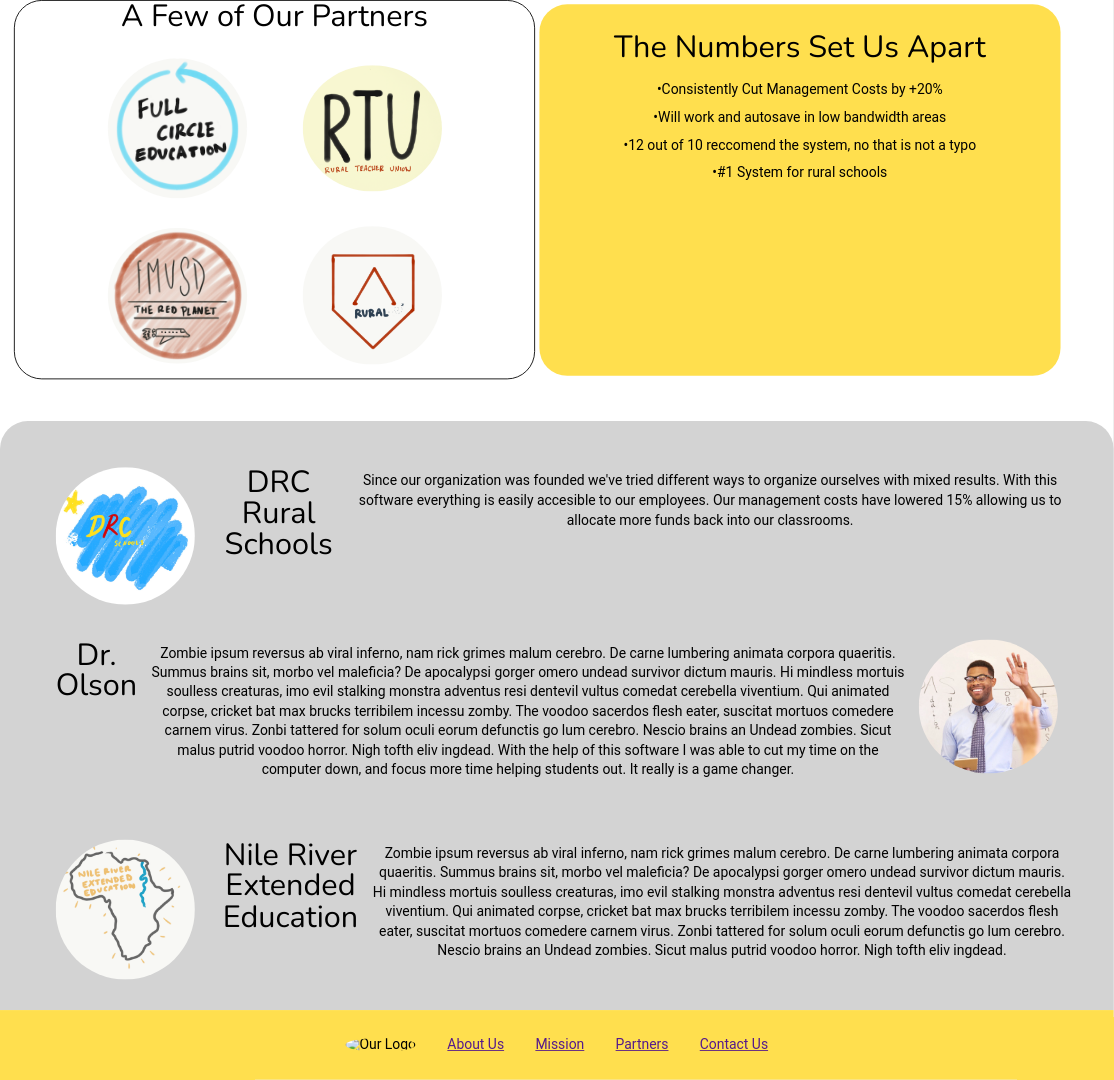
Repository: internationalrural-school-report/maketing-page
Page: marketing.html
The author's editor kept a copy of each file at every save. The page is drawn from the files as they stood at one save, then again after the next save.
The browser window is 1280 px wide. The pictures show the whole page, at 87% of full size.

Above is the page before, as saved 2019-08-24 12:49:26.

After the next save:
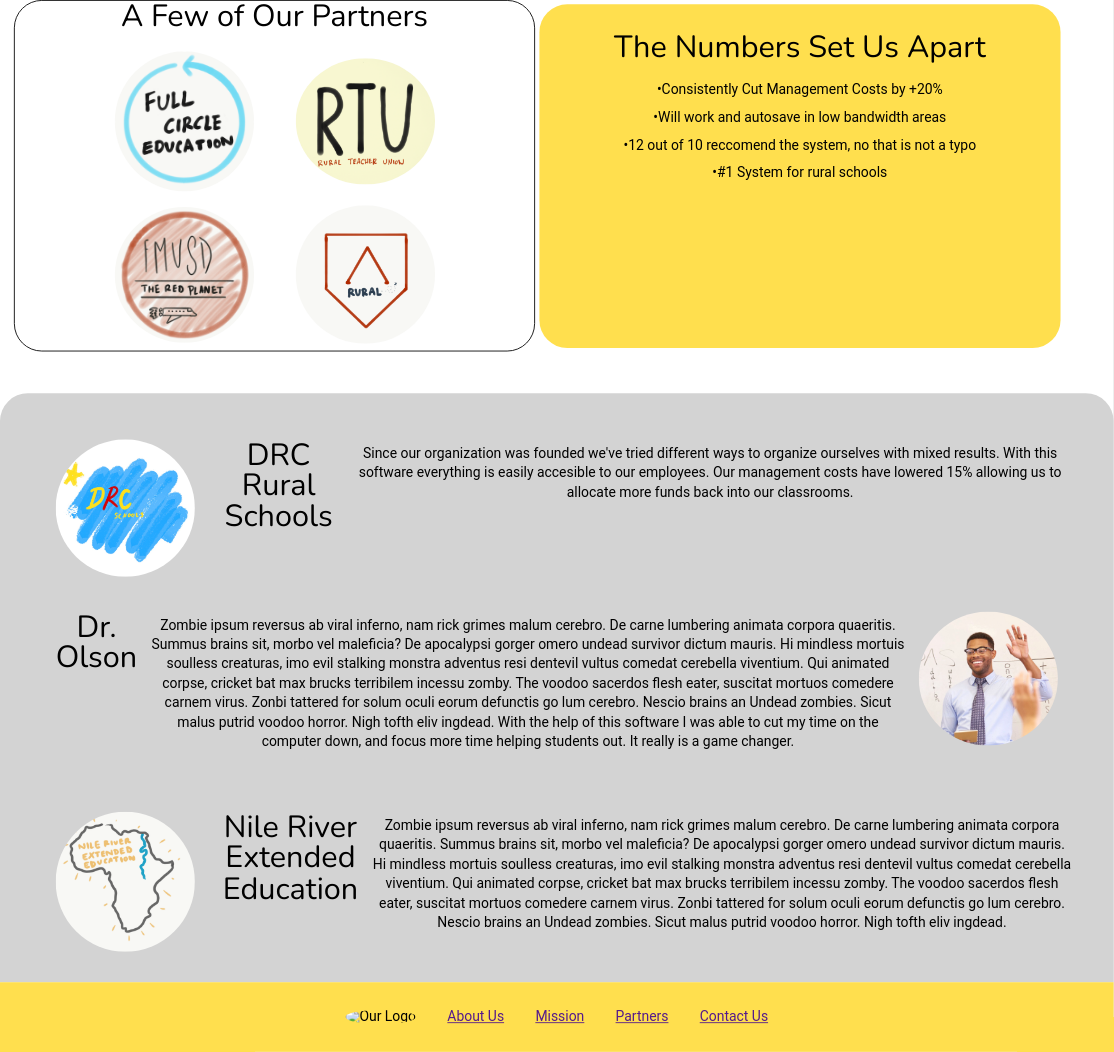
Saved 39 s later.
--- a/css-marketing.css
+++ b/css-marketing.css
@@ -108,7 +108,7 @@ img {
     width: 100%;
 }
 .logos {
-    margin: 1rem;
+    margin: 0.5rem;
 }
 .right-partner {
     margin: 0.3rem;
